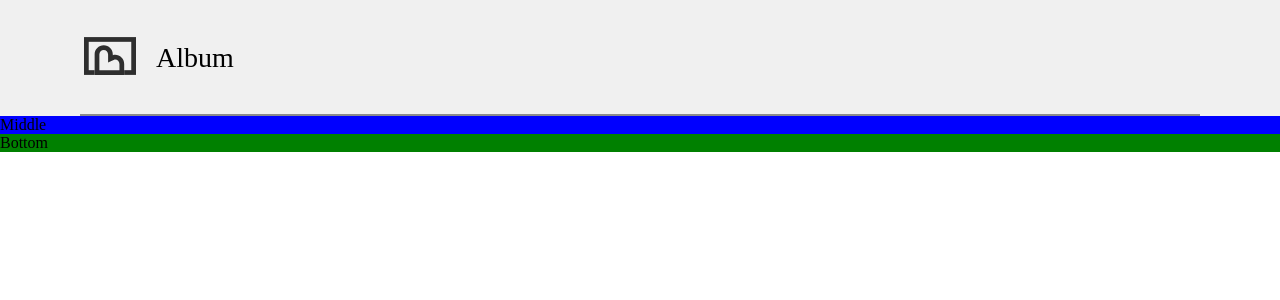
Repository: danielj1415/nintendoSwitchUI2
Page: /album
An editor plug-in stored every save of this project. The page is shown before and after a run of saves, followed by the edit.
The browser window is 1280 px wide. The pictures show the whole page.
The project was rebuilt for these pictures with package versions that can differ from the ones it lists, and the page was loaded fresh each time. Also part of the build but not shown: vite.config.js, src/ScreenHome.jsx, src/ScreenSettings.jsx.

Above is the page before, as saved 2024-10-07 11:23:45.

### src/App.jsx
import { BrowserRouter as Router, Routes, Route } from "react-router-dom";
import ScreenHome from "./ScreenHome";
import ScreenSettings from "./ScreenSettings";
import ScreenAlbum from "./ScreenAlbum";
import './App.css';

function App() {
  return (
    <Router>
      <Routes>
        <Route path="/" element={<ScreenHome />} />
        <Route path="/settings" element={<ScreenSettings />} />
        <Route path="/album" element={<ScreenAlbum/>}/>
      </Routes>
    </Router>
  );
}

export default App;

### src/ScreenAlbum.jsx

import "./ScreenAlbum.css";

import { useNavigate } from "react-router-dom";
import iconAlbumDark from "./assets/icons/iconAlbumDark.svg";

function ScreenAlbum(){
    return (
        <div className="albumScreen">
            <div className="albumTopMenuSettings">
                <div className = "albumTopMenuRow">
                    <img src = {iconAlbumDark} className = "iconAlbumDark marginLeft108 marginRight28"/>
                    <p className = "headingText albumHeadingText">Album</p>
                </div>
                <div className = "albumDivider"/>
            </div>
            <div className="albumMiddleMenuSettings">
                Middle
            </div>
            <div className="albumBottomMenuSettings">
                Bottom
            </div>
        </div>
    );
}

export default ScreenAlbum;

### src/App.css
html, body {
  margin: 0;
  padding: 0;
  height: 100%;
  width: 100%;
}

.appScreen{
  display: flex;
  justify-content: center;
  align-items: center;
  height: 100vh;
}

### src/ScreenHome.css

@import "./fonts.css";

/* Set the container to relative positioning */
.homeScreen {
    position: relative;
    width: 100vw;
    height: 100vh;
    overflow-x: hidden;
  }

  /* Set the image to cover the entire container */
  .wallpaper {
    position: absolute;
    top: 0;
    left: 0;
    width: 100%;
    height: 100%;
    object-fit: cover; /* Ensure the image covers the whole area */
    z-index: -1; /* Send the image to the background */
  }

  /* Row of squares */
  .square-row {
    display: flex;
    justify-content: space-between; /* Space the squares evenly */
    position: relative; /* Ensure it's positioned on top of the image */
    width: 100%;
    height: 460px; /* Adjust the height of the row */
    z-index: 1; /* Ensure the row stays above the image */
    top: 50%; /* Vertically center the row */
    transform: translateY(-340px); /* Adjust the top positioning for perfect centering */
    margin-left: 80px;
    gap: 32px;
  }

  /* Individual squares */
  .game {
    flex-shrink: 0;
    width: 360px;
    height: 360px;
    background-color: rgba(255, 255, 255, 0.2); /* Add some transparency */
    backdrop-filter: blur(15px); /* Apply the blur effect to the background */
    transition: all 0.3s ease; /* Smooth transition when selecting */
    display: flex; /* Enable Flexbox */
        justify-content: center; /* Horizontally center the image */
        align-items: center; /* Vertically center the image */
        box-shadow: 0 4px 8px rgba(0, 0, 0, 0.5); /* Add a soft shadow */
  }

  /* Selected game styles */
.game.selected {
    width: 440px; /* Increase the size of the selected game */
    height: 440px;
    transform: translateY(-60px);
  }

  .game-name {
    position: absolute;
    font-family: "Nintendo Switch UI";
    white-space: nowrap; /* Ensure the text stays on one line */
    left: 50%; /* Center the text horizontally */
    transform: translateX(-50%); /* Ensure centering within its container */
    height: 100px;
    top: -100px;
    width: 600px;

  }

  .game-name-text{
    color: #43D6DF;
    font-size: 36px;
    text-align: center;
  }
  .game-image {
    width: 92%;
    height: 92%;
    object-fit: cover; /* Ensure the image covers the entire div */
  }
  .game-image {
    opacity: 0.5; /* Make the image 50% opaque */
    transition: opacity 0.3s ease; /* Smooth transition for the opacity change */
  }

  /* Selected game's image (full opacity) */
  .game.selected .game-image {
    opacity: 1; /* Full opacity for the selected game's image */
  }

  .profileIconContainer{
    display: flex;
    flex-direction: column; /* Ensure the number and image are stacked vertically */
    align-items: center; /* Center the number and image horizontally */
    width: 64px;
    margin-left: 80px;
  }

  .imageProfile{
    width: 48px;
    height: 48px;
    border-radius: 50%;
    border: 3px solid #43D6DF;
    margin-top: -24px;
  }

  .profileFriends{
    font-family: "Nintendo Switch UI";
    font-size: 24px;
    color: #43D6DF
  }

  .circle-row{
    display: flex;
    gap: 28px;
    justify-content: center;
    margin-top: 96px;
  }

  .icons{
    width: 90px;
    height: 90px;
    border-radius: 50%;
    background-color: rgba(255, 255, 255, 0.3); /* Add some transparency */
    box-shadow: 0 4px 8px rgba(0, 0, 0, 0.5); /* Add a soft shadow */
    backdrop-filter: blur(15px);
  }

  .iconRowCircle{
    width: 90px;
    height: 90px;
    border-radius: 50%;
    background-color: rgba(255, 255, 255, 0.3); /* Add some transparency */
    box-shadow: 0 3px 6px rgba(0, 0, 0, 0.3); /* Add a soft shadow */
    backdrop-filter: blur(15px);
    display: flex;
    align-items: center;
    justify-content: center;
    position: relative;
  }

  .iconRowImage{
    width: 48px;
    height: 48px;
  }

  .iconRowImage2{
    width: 52px;
    height: 52px;
    margin-left: 4px;
    margin-top: 4px;
  }


.selectedIcon {
  position: relative;
}

.selectedIcon::before {
  content: "";
  position: absolute;
  top: -4px;
  left: -4px;
  width: calc(100%);
  height: calc(100%);
  border: 4px solid #43D6DF;
  border-radius: 50%;
  pointer-events: none;
}

  .bottomMenu{
    margin-left: 80px;
    margin-right: 80px;
    margin-top: 72px;
  }

  .lineDivider{
    height: 2px;
    width:auto;
    background-color: #ffffff;
  }

  .iconSwitchLight{
    width: 96px;
    height: 44px;
    box-shadow: 0 4px 8px rgba(0, 0, 0, 0.5);
    border-radius: 8px;
  }

  .bottomMenuRow{
    display: flex;
    align-items: center;
    justify-content: space-between;
    margin-top: 28px;
  }

  .bottomMenuRowIcons{
    width: 400px;
    height: 44px;
    display: flex;
    align-items: center;
    justify-content: end;
  }

  .iconA{
    width: 36px;
    height: 36px;
    box-shadow: 0 4px 8px rgba(0, 0, 0, 0.5);
    border-radius: 50%;
  }

  .iconOptions{
    width: 36px;
    height: 36px;
    box-shadow: 0 4px 8px rgba(0, 0, 0, 0.5);
    border-radius: 50%;
  }

  .bottomMenuRowText{
    font-family: "Nintendo Switch UI";
    color: white;
    font-size: 26px;
    text-shadow: 0 0 10px rgba(255, 255, 255, 0.8),
  }

  .marginRight20{
    margin-right: 20px;
  }

  .marginLeft84{
    margin-left: 84px;
  }

  @media (max-height: 800px) and (min-height: 700px)
  {
    .game {
        flex-shrink: 0;
        width: 306px;
        height: 306px;
        background-color: rgba(255, 255, 255, 0.3); /* Add some transparency */
        backdrop-filter: blur(15px); /* Apply the blur effect to the background */
        transition: all 0.3s ease; /* Smooth transition when selecting */
        display: flex; /* Enable Flexbox */
        justify-content: center; /* Horizontally center the image */
        align-items: center; /* Vertically center the image */
        box-shadow: 0 4px 8px rgba(0, 0, 0, 0.5); /* Add a soft shadow */
      }

      /* Selected game styles */
    .game.selected {
        width: 380px; /* Increase the size of the selected game */
        height: 380px;
        transform: translateY(-60px);
      }
      .game-name-text{
        color: #43D6DF;
        font-size: 32px;
        text-align: center;
      }
      .game-name {
        position: absolute;
        font-family: "Nintendo Switch UI";
        white-space: nowrap; /* Ensure the text stays on one line */
        left: 50%; /* Center the text horizontally */
        transform: translateX(-50%); /* Ensure centering within its container */
        height: 100px;
        top: -80px;
        width: 600px;
      }
      .square-row {
        display: flex;
        justify-content: space-between; /* Space the squares evenly */
        position: relative; /* Ensure it's positioned on top of the image */
        width: 100%;
        height: 360px; /* Adjust the height of the row */
        z-index: 1; /* Ensure the row stays above the image */
        top: 50%; /* Vertically center the row */
        transform: translateY(-280px); /* Adjust the top positioning for perfect centering */
        margin-left: 80px;
        gap: 32px;
      }
      .game-image {
        width: 92%;
        height: 92%;
        object-fit: cover; /* Ensure the image covers the entire div */
      }
      .game-image {
        opacity: 0.5; /* Make the image 50% opaque */
        transition: opacity 0.3s ease; /* Smooth transition for the opacity change */
      }

      /* Selected game's image (full opacity) */
      .game.selected .game-image {
        opacity: 1; /* Full opacity for the selected game's image */
      }
      .circle-row{
        display: flex;
        gap: 28px;
        justify-content: center;
        margin-top: 96px;
        height: 1px;
      }

      .icons{
        width: 72px;
        height: 72px;
        border-radius: 50%;
        background-color: rgba(255, 255, 255, 0.3); /* Add some transparency */
        box-shadow: 0 4px 8px rgba(0, 0, 0, 0.5); /* Add a soft shadow */
        backdrop-filter: blur(15px);
      }

      .iconRowCircle{
        width: 72px;
        height: 72px;
        border-radius: 50%;
        background-color: rgba(255, 255, 255, 0.3); /* Add some transparency */
        box-shadow: 0 3px 6px rgba(0, 0, 0, 0.3); /* Add a soft shadow */
        backdrop-filter: blur(15px);
        display: flex;
        align-items: center;
        justify-content: center;
        position: relative;
      }

      .iconRowImage{
        width: 40px;
        height: 40px;
      }

      .iconRowImage2{
        width: 48px;
        height: 48px;
        margin-left: 4px;
        margin-top: 4px;
      }


    .selectedIcon {
      position: relative;
    }

    .selectedIcon::before {
      content: "";
      position: absolute;
      top: -4px;
      left: -4px;
      width: calc(100%);
      height: calc(100%);
      border: 4px solid #43D6DF;
      border-radius: 50%;
      pointer-events: none;
    }
    .bottomMenu{
      margin-left: 80px;
      margin-right: 80px;
      height: 1px;
      margin-top: 108px;
    }

    .lineDivider{
      height: 2px;
      width:auto;
      background-color: #ffffff;
    }

    .iconSwitchLight{
      margin-top: 12px;
      width: 96px;
      height: 44px;
      box-shadow: 0 4px 8px rgba(0, 0, 0, 0.5);
      border-radius: 8px;
    }
    .bottomMenuRow{
      display: flex;
      align-items: center;
      justify-content: space-between;
      margin-top: 12px;
    }
    .bottomMenuRowIcons{
      margin-top: 8 px;
    }
    .iconA{
      width: 28px;
      height: 28px;
      box-shadow: 0 4px 8px rgba(0, 0, 0, 0.5);
      border-radius: 50%;
    }

    .iconOptions{
      width: 28px;
      height: 28px;
      box-shadow: 0 4px 8px rgba(0, 0, 0, 0.5);
      border-radius: 50%;
    }

    .bottomMenuRowText{
      font-family: "Nintendo Switch UI";
      color: white;
      font-size: 22px;
      text-shadow: 0 0 10px rgba(255, 255, 255, 0.8),
    }

}
@media (max-height: 920px) and (min-height: 800px)
{
  .lineDivider{
    height: 2px;
    width:auto;
    background-color: white;
  }
  .square-row {
    transform: translateY(-320px); /* Adjust the top positioning for perfect centering */
  }
  .circle-row{
    margin-top: 72px;
  }
}

### src/ScreenSettings.css
@import "./fonts.css";

.topMenuSettings {
    width: 100%;
    background-color: #F0F0F0;
}

.topMenuRow {
    display: flex;
    align-items: center;
    background-color: #F0F0F0;
    height: 142px;
}

.bottomMenuSettings {
    width: 100%;
    height: 116px;
    background-color: #F0F0F0;
}

.middleMenuSettings {
    display: flex;
}

.leftMenuSettings {
    width: 32%;
    height: 690px;
    background-color: #F5F5F5;
}

.rightMenuSettings {
    width: 68%;
    height: 690px;
    background-color: #F0F0F0;
}

.iconBrightnessLight {
    width: 66px;
    height: 66px;
}

.headingText {
    font-size: 34px;
    font-family: "Nintendo Switch UI";
}

.marginRight28 {
    margin-right: 28px;
}

.marginLeft108 {
    margin-left: 108px;
}

.divider {
    height: 2px;
    margin-left: 80px;
    margin-right: 80px;
    background-color: #bababa;
    justify-content: center;
}

.subheadingText {
    font-family: "Nintendo Switch UI";
    font-size: 30px;
}

.bottomMenuSettings {
    z-index: 1;
    position: absolute;
}

.selectedOption {
    width: 432px;
    height: 94px;
    background-color: #FFFFFF;
    border: 6px solid #43D6DF;
    display: flex;
    /* Use flexbox to align the blue line and text horizontally */
    align-items: center;
    /* Vertically center the items inside */
    margin-left: 122px;
}

.unselectedOption {
    margin-left: 160px;
    display: flex;
    /* Use flexbox to align the blue line and text horizontally */
    align-items: center;
    /* Vertically center the items inside */
}

.selectedOptionSub {
    display: flex;
    align-items: center;
    height: 72px;
}

.marginLeft8 {
    margin-left: 8px;
}

.marginRight16 {
    margin-right: 18px;
}

.marginLeftselectedOption {
    margin-left: 88px;
}

.spacer {
    width: 4px;
    height: 32px;
    background-color: #F5F5F5;
}

.square {
    width: 432px;
    /* Set the width of the square */
    height: 2px;
    /* Set the height of the square */
    background-color: #bababa;
    /* You can change the color of the square */
    margin-top: 16px;
    margin-bottom: 16px;
    margin-left: 128px;
}

.selectedOptionLine {
    height: 72px;
    width: 6px;
    background-color: #0047FF;
}

.themeLine {
    height: 2px;
    width: 1064px;
    margin-left: 144px;
    background-color: #bababa;
}

.themeRow {
    display: flex;
    align-items: center;
    height: 88px;
}

.themeWhiteRectangle {
    width: 138px;
    height: 82px;
    background-color: white;
    border: 3px solid #B3B3B3;
}

.themeBlackRectangle {
    width: 138px;
    height: 82px;
    background-color: black;
    border: 3px solid #3C3C3C;
}

.marginLeft174 {
    margin-left: 174px;
}

.marginTop32 {
    margin-top: 16px;
}

.marginTop64 {
    margin-top: 64px;
}

.iconCheckMark {
    width: 48px;
    height: 48px;
    margin-left: 600px;
}

.themeRowSelected {
    display: flex;
    align-items: center;
    width: 1064px;
    height: 148px;      /* something note: 148 for selected while 144 for not selected because of the lines*/
    background-color: white;
    box-shadow: inset 0 0 0 6px #43D6DF;
}

.themeRowNotSelected {
    display: flex;
    align-items: center;
    width: 1064px;
    height: 144px;
}

.marginLeft144 {
    margin-left: 144px;
}

.marginLeft32 {
    margin-left: 32px;
}
.themeSpacer{
    margin-top: 64px;
}
.selectedThemeMarginRightSpacing {
    margin-right: 18px;
}

.selectedThemeMarginLeftSpacing {
    margin-left: 32px;
}
.basicColorContainer {
    width: 180px;
    display: flex;
    align-items: center;
    height: 116px;
}

@media (max-height: 800px) and (min-height: 700px) {
    .headingText {
        font-size: 28px;
        font-family: "Nintendo Switch UI";
    }

    .subheadingText {
        font-family: "Nintendo Switch UI";
        font-size: 24px;
    }

    .iconBrightnessLight {
        width: 52px;
        height: 52px;
    }

    .leftMenuOptions {
        margin-left: 0px;
        margin-top: 0px;
    }

    .marginRight28 {
        margin-right: 20px;
    }

    .marginLeft108 {
        margin-left: 84px;
    }

    .topMenuRow {
        display: flex;
        align-items: center;
        background-color: #F0F0F0;
        height: 114px;
    }

    .bottomMenuSettings {
        width: 100%;
        height: 96px;
        background-color: #F0F0F0;
    }

    .leftMenuSettings {
        width: 35%;
        height: 564px;
        background-color: #F5F5F5;
    }

    .rightMenuSettings {
        width: 65%;
        height: 564px;
        background-color: #F0F0F0;
    }

    .marginLeft124 {
        margin-left: 124px;
    }

    .selectedOption {
        width: 342px;
        height: 72px;
        background-color: #FFFFFF;
        border: 6px solid #43D6DF;
        display: flex;
        /* Use flexbox to align the blue line and text horizontally */
        align-items: center;
        /* Vertically center the items inside */
        margin-left: 88px;
    }

    .unselectedOption {
        margin-left: 122px;
        display: flex;
        /* Use flexbox to align the blue line and text horizontally */
        align-items: center;
        /* Vertically center the items inside */
    }

    .selectedOptionSub {
        display: flex;
        align-items: center;
        height: 72px;
    }

    .selectedOptionLine {
        height: 56px;
        width: 4px;
        background-color: #0047FF;
    }

    .marginLeft8 {
        margin-left: 8px;
    }

    .marginRight16 {
        margin-right: 16px;
    }

    .marginLeftselectedOption {
        margin-left: 88px;
    }

    .spacer {
        width: 4px;
        height: 32px;
        background-color: #F5F5F5;
    }

    .square {
        width: 56%;
        /* Set the width of the square */
        height: 2px;
        /* Set the height of the square */
        background-color: #C0C0C0;
        /* You can change the color of the square */
        margin-left: 122px;
        margin-top: 16px;
        margin-bottom: 16px;
    }

    .marginTop64 {
        margin-top: 50px;
    }

    .themeLine {
        height: 2px;
        width: 764px;
        margin-left: 116px;
        background-color: #bababa;
    }

    .marginLeft144 {
        margin-left: 116px;
    }

    .iconCheckMark {
        width: 40px;
        height: 40px;
        margin-left: 372px;
    }

    .themeWhiteRectangle {
        width: 108px;
        height: 64px;
        background-color: white;
        border: 3px solid #B3B3B3;
    }

    .themeBlackRectangle {
        width: 108px;
        height: 64px;
        background-color: black;
        border: 3px solid #3C3C3C;
    }

    .themeRowSelected {
        display: flex;
        align-items: center;
        width: 764px;
        height: 120px;
        background-color: white;
        box-shadow: inset 0 0 0 6px #43D6DF;
    }

    .themeRowNotSelected {
        display: flex;
        align-items: center;
        width: 764px;
        height: 116px;
    }

    .basicColorContainer {
        width: 160px;
        display: flex;
        align-items: center;
        height: 116px;
    }

    .selectedThemeMarginRightSpacing {
        margin-right: 16px;
    }

    .selectedThemeMarginLeftSpacing {
        margin-left: 32px;
    }

    .themeSpacer{
        margin-top: 48px;
    }
    .basicWallpaperContainer{
        width: 400px;
        display: flex;
        align-items: center;
        height: 116px;
    }
    /* 10.4.2024 1512px */
    .iconSwitchDark{
        width: 96px;
        height: 42px;
        border-radius: 10px;
    }
    .bottomMenuRowSettings{
        margin-left: 80px;
        margin-right: 80px;
        display: flex;
        align-items: center;
        justify-content: space-between;
        margin-top: 4px;
    }
    /* 10.7.2024 1512px */
    .bottomMenuSettingsRowText{
        font-family: "Nintendo Switch UI";
        color: black;
        font-size: 22px;
    }
    .bottomMenuSettingsTextIcons{
        display: flex;
        align-items: center;
        justify-content:flex-end;
    }
    .iconASettings{
        margin-left: 84px;
        margin-right: 20px;
    }
    .iconBSettings{
        margin-right: 20px;
    }

}

### src/ScreenAlbum.css

@import "./fonts.css";

@media (max-height: 800px) and (min-height: 700px) {
    .albumTopMenuSettings {
        background-color: #F0F0F0;
        width: 100%;
    }
    .albumTopMenuRow{
        display: flex;
        align-items: center;
        height: 112px;
        background-color: #F0F0F0;
        margin-bottom: 2px;
    }

    .albumMiddleMenuSettings{
        background-color: blue;
    }

    .albumBottomMenuSettings{
        background-color: green;
    }
    .albumDivider {
        height: 2px;
        margin-left: 80px;
        margin-right: 80px;
        background-color: #8B8B8B;
        justify-content: center;
    }
    .iconAlbumDark{
        height: 40px;
        width: 52px;
    }
    .albumHeadingText{
        margin-top: 32px;
    }
}

### src/fonts.css

@font-face {
    font-family: "Nintendo Switch";
    src: url("/src/assets/fonts/NINTENDOSWITCHUI.TTF");
  }

Loaded but not shown: index.html (common file); src/main.jsx (common file)

After the next 2 saves:
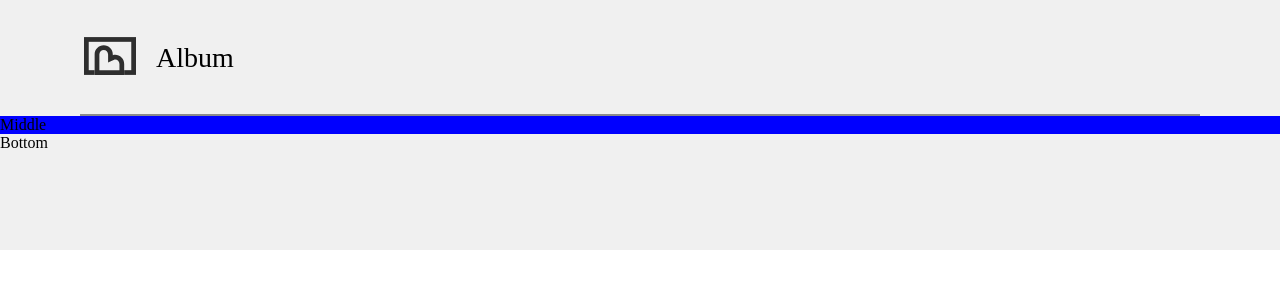
The 2 saves are shown as one change because they came seconds apart.
The last was saved 38 s later.
--- a/src/ScreenAlbum.css
+++ b/src/ScreenAlbum.css
@@ -19,7 +19,9 @@
     }
 
     .albumBottomMenuSettings{
-        background-color: green;
+        width: 100%;
+        height: 116px;
+        background-color: #F0F0F0;
     }
     .albumDivider {
         height: 2px;
